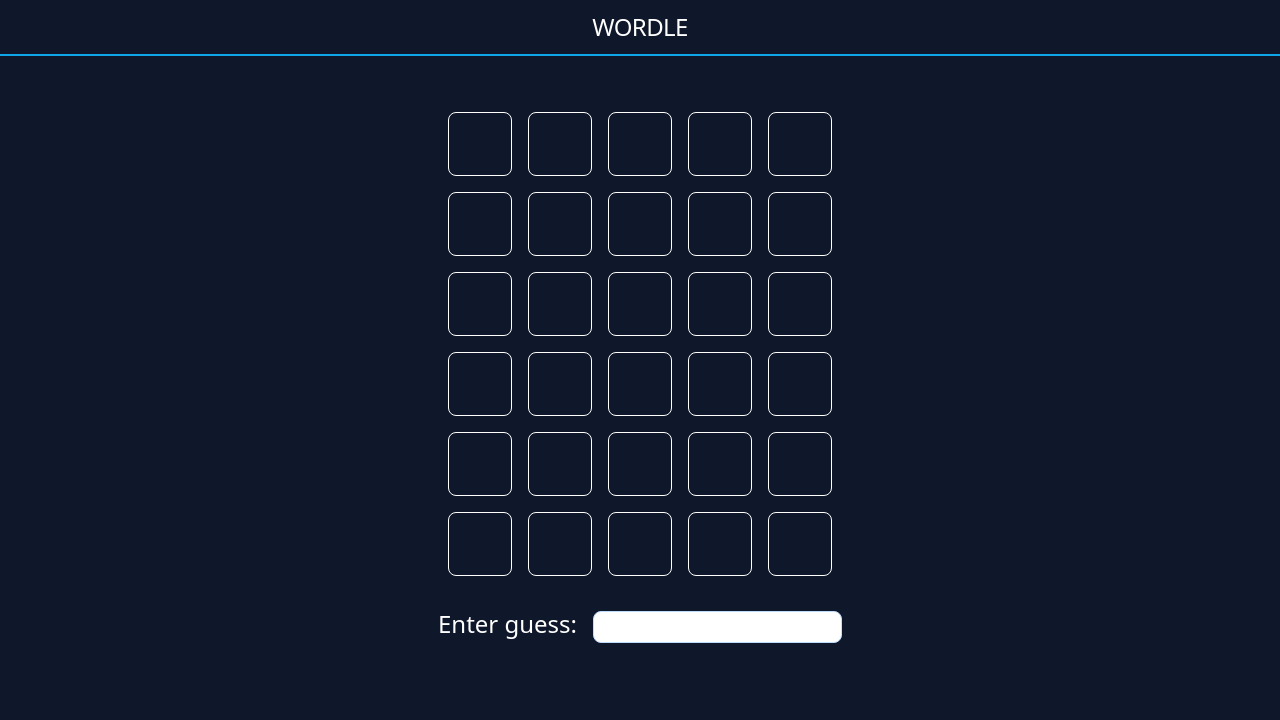
Repository: hjubsoni/basic-wordle-game
Page: / (app in client/)
These files come from the project's save history. The page is drawn as it stood at one moment and after the next save; the edit follows.
The browser window is 1280 px wide. The pictures show the whole page.
The page's requests for data from a server got no answer. The project was rebuilt for these pictures with package versions that can differ from the ones it lists, and the page was loaded fresh each time. No one was signed in, and anything a server would have sent is missing. Also part of the build but not shown: client/vite.config.ts.

Above is the page before, as saved 2023-01-27 16:53:37.

### client/src/main.tsx
import React from 'react';
import ReactDOM from 'react-dom/client';
import App from './App';
import './index.css';

ReactDOM.createRoot(
  document.getElementById('root') as HTMLElement
).render(
  <React.StrictMode>
    <App />
  </React.StrictMode>
);

### client/src/App.tsx
import React from 'react';
import Header from './components/Header';
import Game from './components/Game';

function App() {
  return (
    <div className="h-full">
      <Header />
      <Game />
    </div>
  );
}

export default App;

### client/src/index.css
@tailwind base;
@tailwind components;
@tailwind utilities;

@layer base {
  html,
  body,
  #root {
    @apply h-full bg-slate-900;
  }
}

### client/src/components/Header/Header.tsx
import React from 'react';

function Header() {
  return (
    <header className="flex h-14 items-center justify-center  border-b-2 border-sky-500 ">
      <h2 className="uppercase text-white text-2xl tracking-tight">
        Wordle
      </h2>
    </header>
  );
}

export default Header;

### client/src/components/Game/Game.tsx
import React from 'react';
import { range } from '../../utils/range';
import Row from '../Row';
import Cell from '../Cell';
import Form from '../Form';

interface Styles {
  [key: string]: string;
}

function Game() {
  const [correctWord, setCorrectWord] = React.useState('');
  const [guessedWords, setGuessedWords] = React.useState<string[]>(
    new Array(6).fill('')
  );
  const [guess, setGuess] = React.useState<string>('');
  const [styles, setStyles] = React.useState<Styles[]>([]);

  const generateCorrectWord = async () => {
    const response = await fetch('http://localhost:5000/api');
    const words = await response.json();
    setCorrectWord(words[Math.floor(Math.random() * words.length)]);
  };

  React.useEffect(() => {
    generateCorrectWord();
  }, []);

  return (
    <main className="flex items-center justify-center flex-col gap-8 p-4">
      <div className="flex gap-4 flex-col max-w-sm w-full rouded-lg mt-10">
        {guessedWords.map((row, rowIdx) => {
          return (
            <Row key={rowIdx}>
              {range(5).map((_, cellIdx) => (
                <Cell key={cellIdx} letter={row[cellIdx]} />
              ))}
            </Row>
          );
        })}
      </div>

      <Form
        guess={guess}
        setGuess={setGuess}
        guessedWords={guessedWords}
        setGuessedWords={setGuessedWords}
        correctWord={correctWord}
      />
    </main>
  );
}

export default Game;

### client/src/utils/range.tsx
export const range = (start: number, end?: number, step = 1) => {
  let output = [];
  if (typeof end === 'undefined') {
    end = start;
    start = 0;
  }
  for (let i = start; i < end; i += step) {
    output.push(i);
  }
  return output;
};

### client/src/components/Cell/index.tsx
export { default } from './Cell';

### client/src/components/Row/Row.tsx
import React from 'react';

function Row({ children }: { children: React.ReactNode }) {
  return <div className="flex gap-4">{children}</div>;
}

export default Row;

### client/src/components/Cell/Cell.tsx
import React from 'react';

function Cell({ letter }: { letter: string }) {
  return (
    <div className="border border-white flex-1 aspect-square rounded-lg text-white text-3xl uppercase flex items-center justify-center">
      {letter}
    </div>
  );
}

export default Cell;

### client/src/components/Form/Form.tsx
import React from 'react';

interface FormProps {
  guess: string;
  setGuess: React.Dispatch<React.SetStateAction<string>>;
  guessedWords: string[];
  setGuessedWords: React.Dispatch<React.SetStateAction<string[]>>;
  correctWord: string;
}

function Form({
  guess,
  setGuess,
  guessedWords,
  setGuessedWords,
  correctWord,
}: FormProps) {
  const [currentRow, setCurrentRow] = React.useState(0);
  const handleSubmit = (e: React.FormEvent<HTMLFormElement>) => {
    e.preventDefault();
    const guessedWordsCopy = [...guessedWords];
    guessedWordsCopy[currentRow] = guess;
    setGuessedWords(guessedWordsCopy);
    setGuess('');
    setCurrentRow(currentRow + 1);
  };
  return (
    <form
      onSubmit={handleSubmit}
      className="flex gap-4 items-baseline"
    >
      <label htmlFor="guess" className="text-white text-2xl">
        Enter guess:
      </label>
      <input
        className="border border-blue-200 rounded-lg px-2 h-8"
        type="text"
        id="guess"
        name="guess"
        value={guess}
        onChange={(e) => setGuess(e.target.value)}
        required={true}
        min={'5'}
        max={'5'}
      />
    </form>
  );
}

export default Form;

Loaded but not shown: client/index.html (common file); client/src/components/Header/index.tsx (common file); client/src/components/Game/index.tsx (common file); client/src/components/Row/index.tsx (common file); client/src/components/Form/index.tsx (common file); client/tailwind.config.cjs (common file)

After the next save:
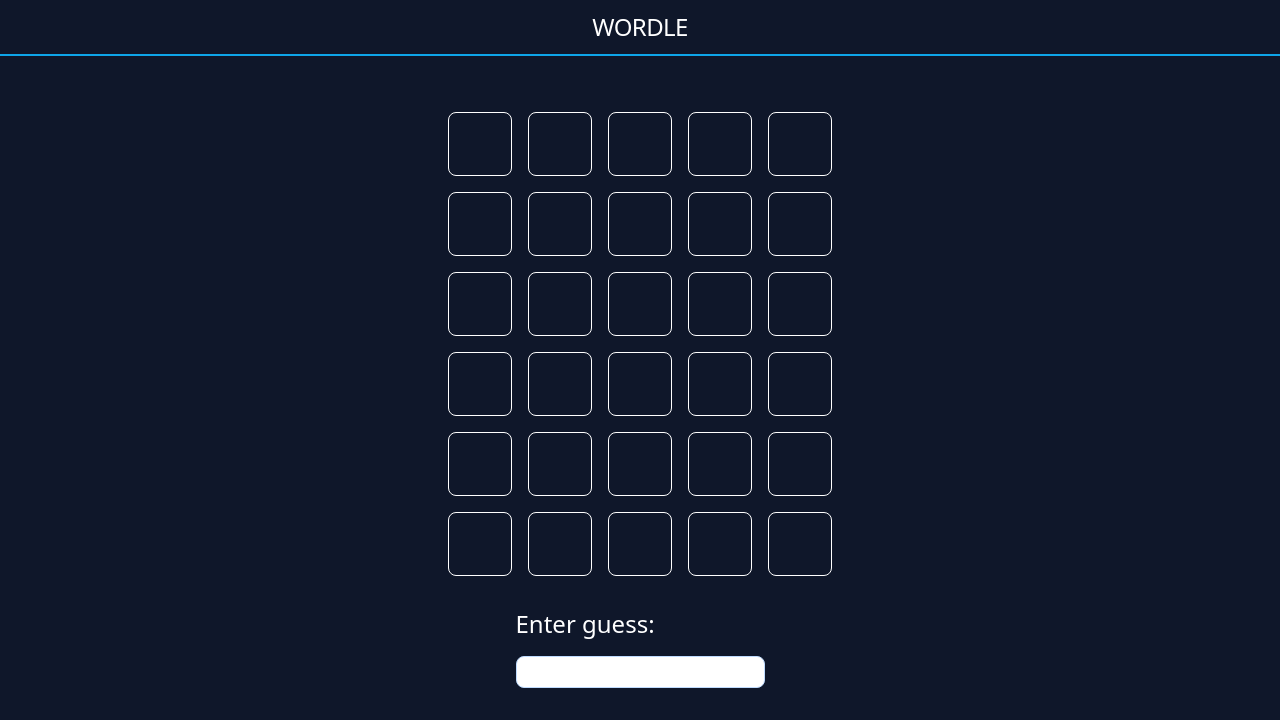
Saved 59 s later.
--- a/client/src/components/Form/Form.tsx
+++ b/client/src/components/Form/Form.tsx
@@ -27,7 +27,7 @@
   return (
     <form
       onSubmit={handleSubmit}
-      className="flex gap-4 items-baseline"
+      className="flex gap-4 items-baseline flex-col"
     >
       <label htmlFor="guess" className="text-white text-2xl">
         Enter guess:
